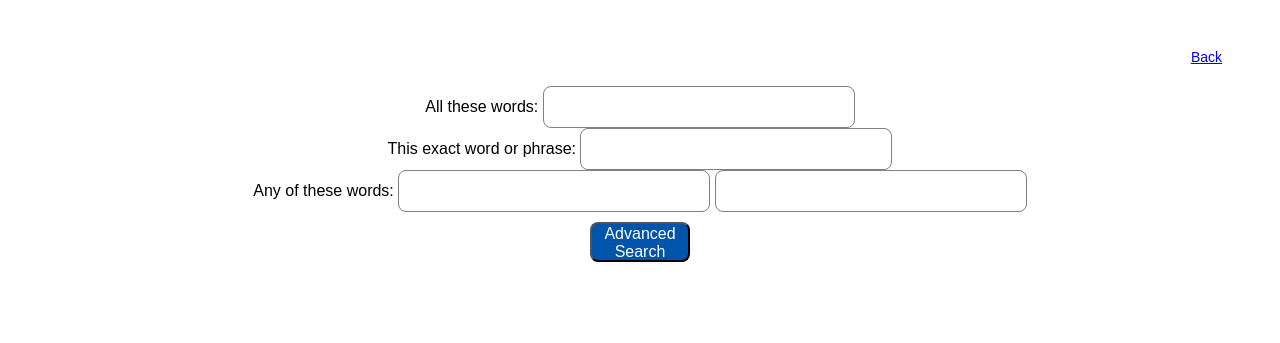
Repository: lyutok/cs50-search-project
Page: advanced.html
These files come from the project's save history. The page is drawn as it stood at one moment and after the next save; the edit follows.
The browser window is 1280 px wide. The pictures show the whole page.
The style sheet was rebuilt from its Sass, Less or Tailwind sources for each picture, by a compiler version that may differ from the author's.

Above is the page before, as saved 2025-07-07 12:16:07.

### advanced.html
<!DOCTYPE html>
<html lang="en">
<head>
    <meta name="viewport" content="width=device-width, initial-scale=1.0" charset="UTF-8">
    <title>Advanced Search</title>
    <link rel="stylesheet" href="styles.css">
    </head>
<body>
    <div>
        <a href="google.html">Back</a>
    </div>
    <form action="https://www.google.com/search">
        <label for="all-words">All these words:</label>
        <input type="text" id="all-words" name="as_q">
        <br>
        <label for="exact-word">This exact word or phrase:</label>
        <input type="text" id="exact-word" name="as_epq">
        <br>
        <label for="any-word">Any of these words:</label>
        <input type="text" name="any of these words:">
        <input type="text" name="none of these words:">
        <br>
        <button id="advanced" type="submit">Advanced Search</button>
    </form>
</body>
</html>

### styles.scss
$color: rgb(48, 177, 106);

a {
    font-size: 14px;
    padding: 10px;
}

body {
    font-family: Arial, sans-serif;
    padding: 20px;
    text-align: center;

    div {
        text-align: right;
        padding: 20px;
    }
}

input {
    width: 300px;
    height: 30px;
    border-radius: 8px;
    border: 1px solid grey;
    padding: 5px;
    font-size: 16px;
}

button {
    margin: 10px;
    border-radius: 8px;
    background-color: rgb(45, 128, 0);
    font-size: 16px;
    color: white;
    height: 40px;
    width: 100px;
}

#advanced {
  background-color: rgb(0, 85, 170);
}

button:hover {
                background-color: rgb(192, 196, 186);
            }

After the next save:
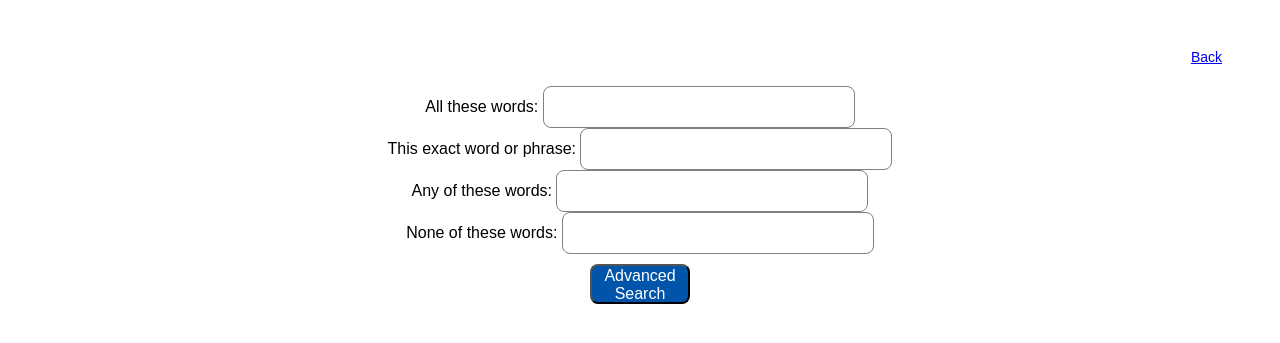
Saved 90 s later.
--- a/advanced.html
+++ b/advanced.html
@@ -17,8 +17,10 @@
         <input type="text" id="exact-word" name="as_epq">
         <br>
         <label for="any-word">Any of these words:</label>
-        <input type="text" name="any of these words:">
-        <input type="text" name="none of these words:">
+        <input type="text" id="any-word" name="as_oq">
+        <br>
+        <label for="none-words">None of these words:</label>
+        <input type="text" id="none-words" name="as_eq">
         <br>
         <button id="advanced" type="submit">Advanced Search</button>
     </form>
